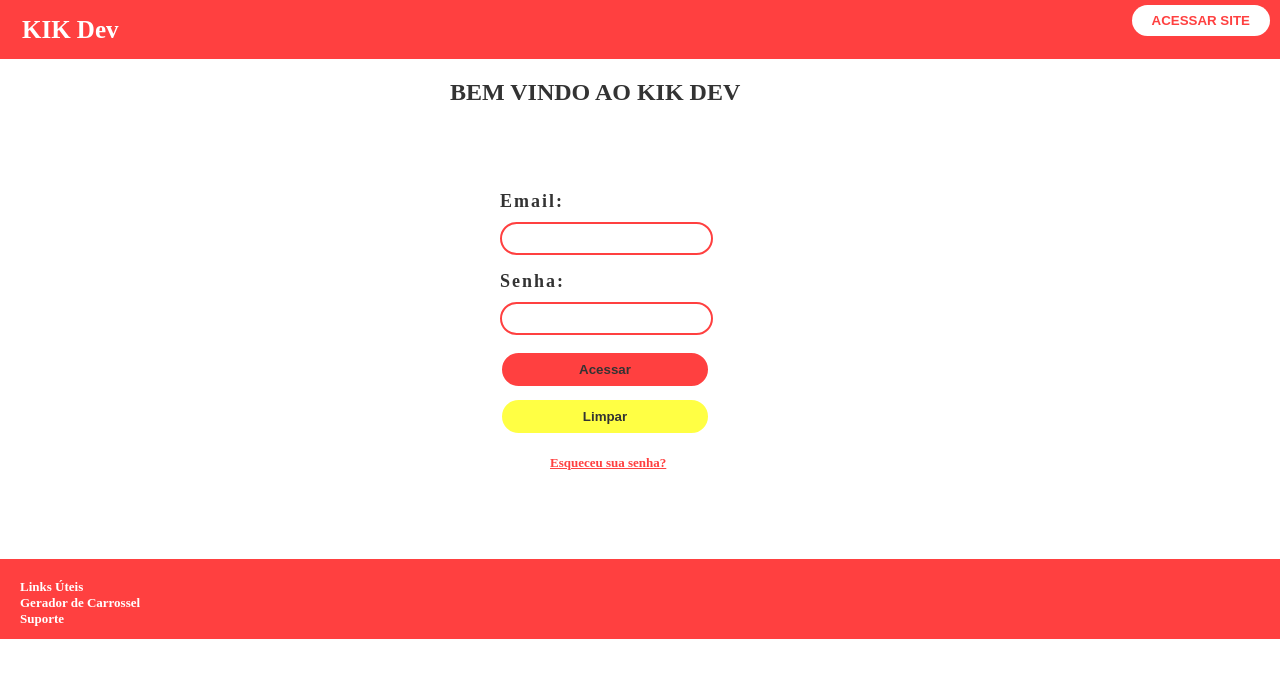
Repository: devgabrielvieira/kikdev
Page: index.html
An editor plug-in stored every save of this project. The page is shown before and after the next save, followed by the edit.
The browser window is 1280 px wide. The pictures show the whole page.

Above is the page before, as saved 2022-10-30 19:54:18.

### index.html
<!DOCTYPE html>
<html lang="pt-br">

<head>
    <meta charset="UTF-8">
    <meta http-equiv="X-UA-Compatible" content="IE=edge">
    <meta name="viewport" content="width=device-width, initial-scale=1.0">
    <link rel="shortcut icon" href="imagens/favicon.ico" type="image/x-icon">
    <link rel="stylesheet" href="style.css">
    <link rel="stylesheet" href="style-mobile.css">
    <script src="script_processo.js"></script>
    <title>KIK Dev</title>

</head>

<body id="pag_processos" onload="dimensaoTela()">

    <div class="header-index">
        <a href="#Default" class="logo">KIK Dev</a>

        <button type="submit" name="name" class="button-right"><strong>ACESSAR SITE</strong></a></button>

    </div>
    <div class="conteudo">
        <!--abrimos a div conteúdo-->

        <h2>BEM VINDO AO KIK DEV</h2>

        <div class="login">
            <label for="username">Email:</label>
            <input type="text" id="username" name="username">

            <label for="pass">Senha:</label>
            <input type="password" id="pass" name="password" minlength="8" required>

            <input class="btn-acessar" type="submit" value="Acessar">

            <input class="btn-limpar" type="reset" value="Limpar">
            <br><br>
        </div>
        <a href="recuperar-senha.html" target="_self" rel="next" class="href">Esqueceu sua senha?</a>
    </div>
    <!--aqui fechamos a div conteudo-->

    <footer class="footer">
        <strong>
            <p>Links Úteis</p>
        </strong>
        <strong>
            <p>Gerador de Carrossel</p>
        </strong>
        <strong>
            <p>Suporte</p>
        </strong>
    </footer>

</body>

</html>

### style.css
@charset "UTF-8";

* {
  margin: 0;
  padding: 0;
}

html {
  margin: 0;
  padding: 0;
}

.header {
  overflow: hidden;
  background-color: #ff4040;
  padding: 20px 10px;
}

.header a {
  float: left;
  color: #fff;
  text-align: center;
  padding: 12px;
  text-decoration: none;
  font-size: 18px;
  line-height: 25px;
  border-radius: 4px;
}

.header a.logo {
  font-size: 25px;
  font-weight: bold;
}

.header a:hover {
  background-color: #ddd;
  color: #333333;
}

.header a.active {
  background-color: #d8d7d7;
  color: #fff;
}

.header-right {
  float: right;
}

.button-right {
  float: right;
  padding: 8px 20px;
  border: #d8d7d7;
  border-radius: 50px;
  color: #ff4040;
  background-color: #fff;
}

.header-index {
  overflow: hidden;
  background-color: #ff4040;
  padding: 5px 10px;
}

.header-index a {
  float: left;
  color: #fff;
  text-align: center;
  padding: 12px;
  text-decoration: none;
  font-size: 18px;
  line-height: 25px;
  border-radius: 4px;
}

.header-index a.logo {
  font-size: 25px;
  font-weight: bold;
}

.header-index a:hover {
  background-color: #ddd;
  color: #333333;
}

.header-index a.active {
  background-color: #d8d7d7;
  color: #fff;
}

.conteudo {
  width: 100%;
  height: 450px;
  overflow: hidden;
  background-color: #fff;
}

/* .conteudo img {
    width: 100%;
    background-color: #fff;
    margin: 2px 0 0 0;
    padding: 0;
    position: relative;
    height: 15.5rem;
} */

.footer {
  width: auto;
  background-color: #ff4040;
  padding: 20px 10px;
  position: relative;
  height: 2.5rem;
  bottom: -50px;
}

p {
  font-size: 13px;
  margin: 0 0 0 10px;
  float: none;
  overflow: hidden;
  color: #fff;
}

label {
  margin: 10px 50px 0 500px;
  display: block;
  letter-spacing: 2px;
  font-size: 18px;
  color: #333333;
  margin-bottom: 3px;
  font-weight: bold;
}

input[type="submit"],
label {
  margin: 10px 50px 0 500px;
  margin-top: 1rem;
  color: #333333;
}

input {
  margin: 10px 50px 0 500px;
  caret-color: #222;
  color: #333333;
  border: 2px solid #ff4040;
  border-radius: 36px;
  padding: 7px 15px;
  text-align: center;
  font-weight: bold;
}

input:hover {
  border: 2px solid #a0a0a0;
}

.login {
  margin: 80px 0 0 0;
  width: -100%;
}

.href {
  margin: 10px 50px 0 550px;
  font-size: 13px;
  font-weight: bold;
  color: #ff4040;
  text-align: center;
}

.btn-acessar {
  margin: 10px 50px 0 500px;
  background: #ff4040;
  border: 2px solid #fff;
  padding: 9px 15px;
  width: 210px;
  max-width: 100%;
}

.btn-limpar {
  margin: 10px 50px 0 500px;
  background: #ff4;
  border: 2px solid #fff;
  padding: 9px 15px;
  width: 210px;
  max-width: 100%;
}

h2 {
  width: 100%;
  display: inline-flex;
  margin: 20px 50px 5px 450px;
  color: #333333;
}

### style-mobile.css
@charset "UTF-8";

@media screen and (max-width: 1200px) {
  * {
    margin: 0;
    padding: 0;
  }

  html {
    margin: 0;
    padding: 0;
  }

  .header-index {
    overflow: hidden;
    background-color: #ff4040;
    padding: 10px 15px;
    height: 5.5rem;
    width: 100%;
  }

  .header a {
    float: none;
    display: block;
    text-align: left;
  }

  .header-index a {
    float: none;
    display: block;
    text-align: left;
  }

  .header-right {
    float: none;
  }

  .button-right {
    float: none;
  }

  .footer {
    float: none;
    bottom: -280px;
    overflow: hidden;
    padding: 10px 15px;
    height: 5.5rem;
    width: 100%;

  }

  /* .conteudo img {
        float: none;
        display: block;
        position: absolute;
        width: 100%;
        background-color: #fff;
        margin: 2px 0 0 0;
        height: 10rem;
    } */

  .login {
    width: 50%;
    display: inline-block;
  }

  label {
    margin-left: 50%;
    margin-bottom: 3px;
    display: block;
    letter-spacing: 2px;
    font-size: 18px;
    color: #333333;
    font-weight: bold;
  }

  input[type="submit"],
  label {
    margin-left: 50%;
    margin-top: 1rem;
    color: #333333;
  }

  input {
    margin-left: 50%;
    caret-color: #222;
    color: #333333;
    border: 2px solid #ff4040;
    border-radius: 36px;
    padding: 7px 15px;
    text-align: center;
    font-weight: bold;
  }

  input:hover {
    border: 2px solid #a0a0a0;
  }

  .href {
    margin-left: 30%;
    font-size: 13px;
    font-weight: bold;
    color: #ff4040;
    text-align: center;
    width: 100%;
    padding: 2rem;
  }

  .btn-acessar {
    margin-left: 50%;
    margin-right: 50%;
    background: #ff4040;
    border: 2px solid #fff;
    padding: 9px 15px;
    width: 210px;
    max-width: 100%;
  }

  .btn-limpar {
    margin-left: 50%;
    margin-right: 50%;
    background: #ff4;
    border: 2px solid #fff;
    padding: 9px 15px;
    width: 210px;
    max-width: 100%;
  }

  h2 {
    width: 100%;
    display: inline-block;
    margin-bottom: 0.5rem;
    margin-left: 15%;
    color: #333333;
  }
}

### script_processo.js
function dimensaoTela(){
    var heightTela = window.innerHeight;
    var widthTela = window.innerWidth;

    document.getElementById('pag_processos').style.minHeight = heightTela+'px';
}

After the next save:
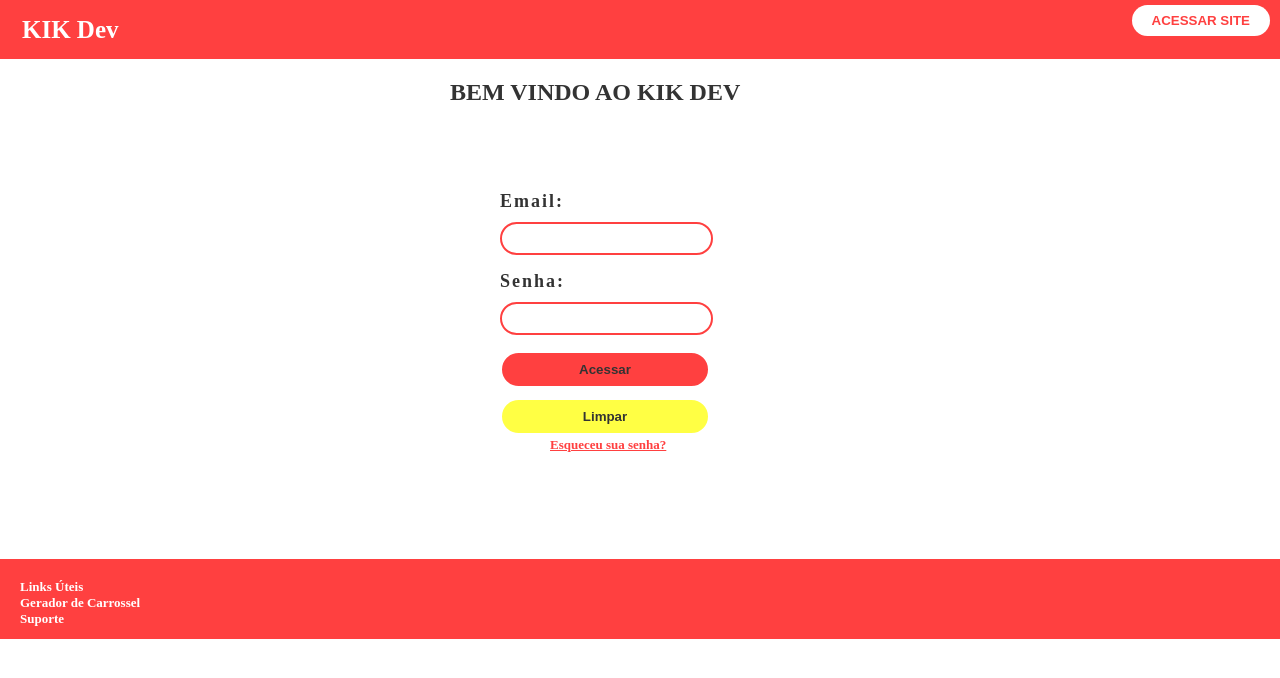
Saved 5 s later.
--- a/index.html
+++ b/index.html
@@ -36,7 +36,7 @@
             <input class="btn-acessar" type="submit" value="Acessar">
 
             <input class="btn-limpar" type="reset" value="Limpar">
-            <br><br>
+
         </div>
         <a href="recuperar-senha.html" target="_self" rel="next" class="href">Esqueceu sua senha?</a>
     </div>
